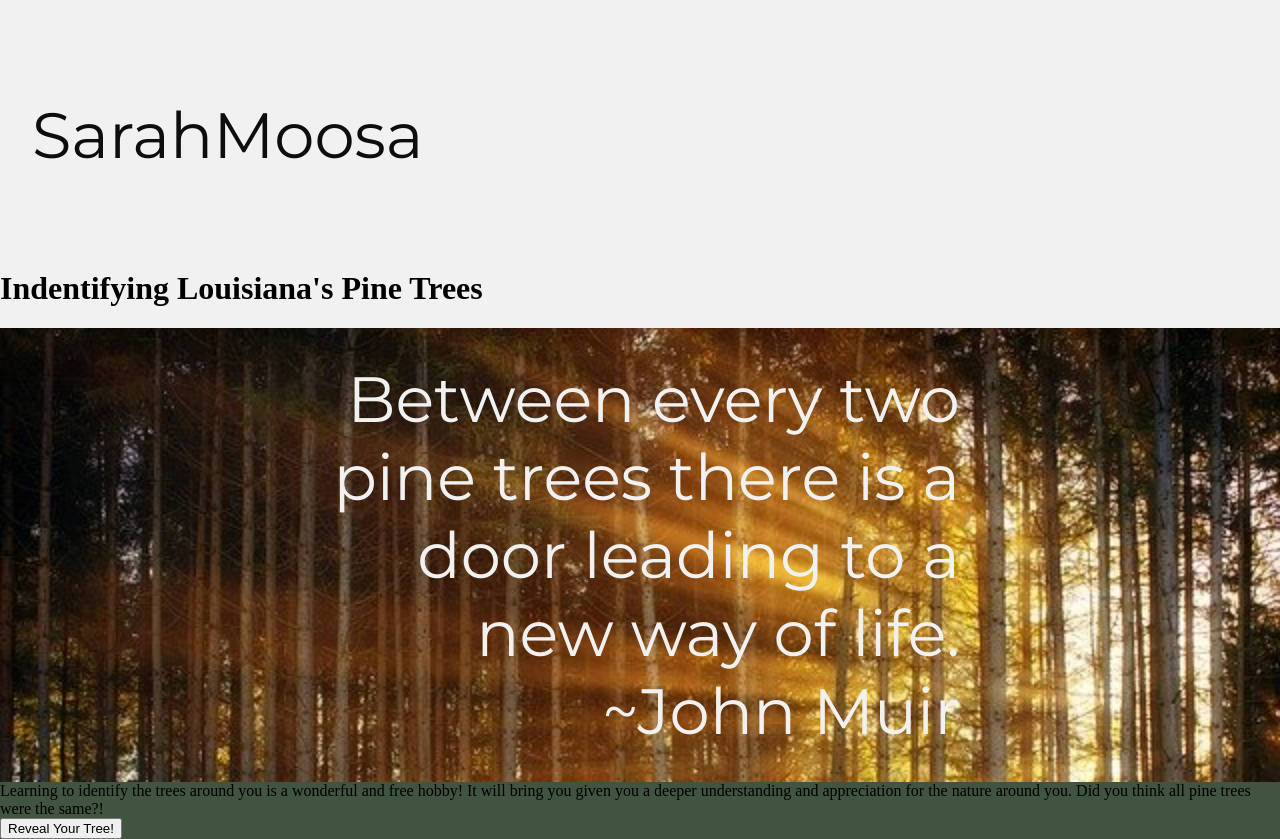
Repository: Sbethm/louisianaPineTrees
Page: pine_main.html
An editor plug-in stored every save of this project. The page is shown before and after the next save, followed by the edit.
The browser window is 1280 px wide. The pictures show the whole page.
The style sheet was rebuilt from its Sass, Less or Tailwind sources for each picture, by a compiler version that may differ from the author's.

Above is the page before, as saved 2021-09-16 11:42:16.

### pine_main.html
<!DOCTYPE html>
<html lang="en">
<head>
    <meta charset="UTF-8">
    <meta http-equiv="X-UA-Compatible" content="IE=edge">
    <meta name="viewport" content="width=device-width, initial-scale=1.0">
    <link rel="preconnect" href="https://fonts.googleapis.com">
    <link rel="preconnect" href="https://fonts.gstatic.com" crossorigin>
    <link href="https://fonts.googleapis.com/css2?family=Architects+Daughter&family=Montserrat:ital,wght@0,400;0,500;0,700;1,400;1,500;1,700&display=swap" rel="stylesheet">
    <!--
        headerFont: 'Architects Daughter', cursive;
        mainFont: 'Montserrat', sans-serif;
    -->
    <link rel="stylesheet" href="./CSS/main.css">
    <title>Louisiana Pine Trees</title>
</head>
<body>
    <header>
        <p>SarahMoosa</p>
    </header>
    <main>
        <h1>Indentifying Louisiana's Pine Trees</h1>
        <div class="intro-container container">
            <p class="float-right quote">Between every two pine trees there is a door leading to a new way of life. ~John Muir</p>
        </div>
        <div class="questions-container container">
            <div class="bg-image call-to-action">Learning to identify the trees around you is a wonderful and free hobby! It will bring you given you a deeper understanding and appreciation for the nature around you. Did you think all pine trees were the same?!</div>
            <section class="question-block">
                <div class="question"></div>
            </section>
            <section class="question-block">
                <div class="question"></div>
            </section>
            <section class="question-block">
                <div class="question"></div>
            </section>
            <section class="question-block">
                <div class="question"></div>
            </section>
            <section class="question-block">
                <div class="question"></div>
            </section>
            <div class="results-btn btn">
                <button>Reveal Your Tree!</button>
            </div>
            <div class="results"></div>
        </div>
    </main>
</body>

### src/scss/main.scss
@import "./variables";


//GLOBAL STYLES
body {
    margin: 0;
    background-color: #f1f1f1;
}

h1
h2 {
    font-family: $headerFont;
}

p {
    font-family: $mainFont;
    font-size: clamp(1rem, 5vw, 4rem);
    color: $acColorDr;
    padding: 2rem;
}

.container {
    background-color: $mainColor;
}

.intro-container {
    background-image: url(../img/forest-pine.jpg);
    background-repeat: no-repeat;
    background-size: cover;
}

.quote {
    margin: 0 auto;
    width: 50%;
    text-align: right;
    color: #f1f1f1;
}
//This code was used to cause grid items to over lap. It worked very well, but I think it is unnecessary and bulkier code than I need for the result that I want.
// .intro-container {
//     display: grid;
//     grid-template-columns: 50% 50%;
//     grid-auto-rows: 100%;

//     & img {
//         grid-column: 1/3;
//         grid-row: 1;
//         display: inline;
//         max-width: 100%;
//         z-index: 1;
//     }

//     & .quote {
//         grid-column: 2/3;
//         grid-row: 1;
//         align-self: center;
//         z-index: 9;
//     }
// }

### src/scss/_variables.scss
//COLORS
$mainColor: hsl(120, 12%, 29%);
$acColorLi: hsl(0, 0%, 29%);
$acColorDr: hsl(0, 0%, 5%);

//FONTS
$headerFont: 'Architects Daughter', cursive;
$mainFont: 'Montserrat', sans-serif;

After the next save:
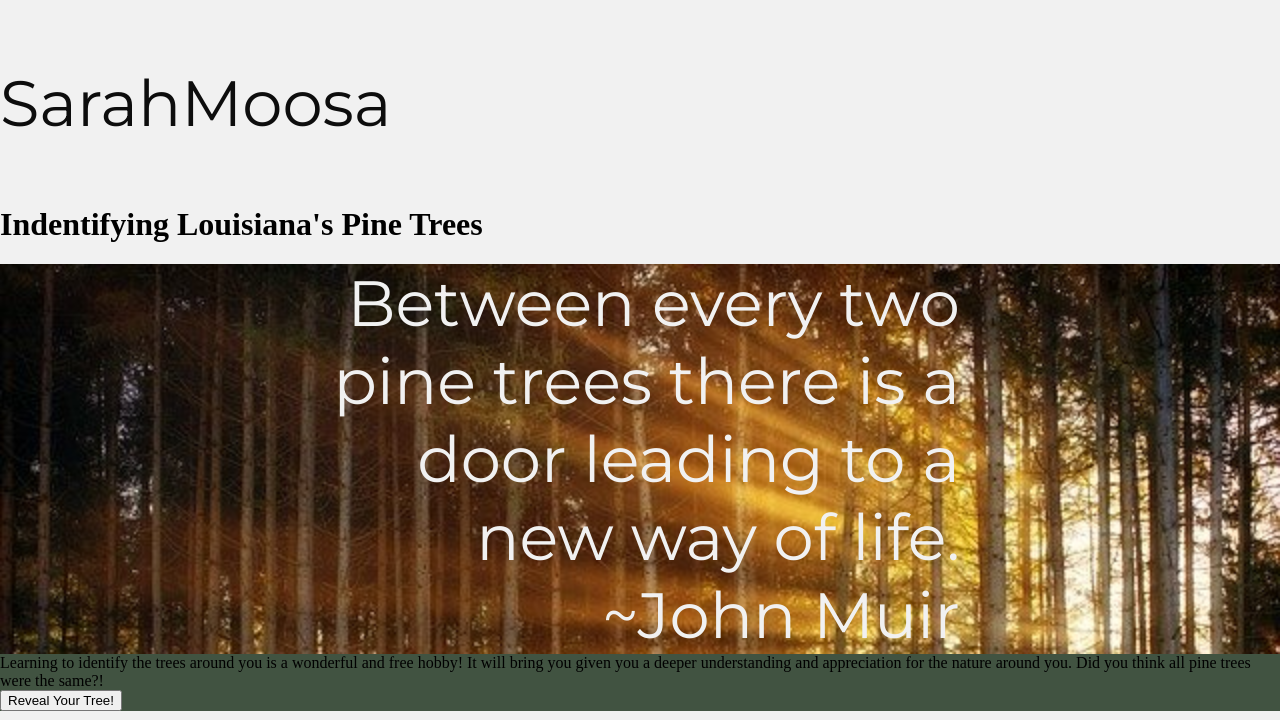
Saved 76 s later.
--- a/src/scss/main.scss
+++ b/src/scss/main.scss
@@ -16,7 +16,7 @@
     font-family: $mainFont;
     font-size: clamp(1rem, 5vw, 4rem);
     color: $acColorDr;
-    padding: 2rem;
+    // padding: 2rem;
 }
 
 .container {

After the save that followed:
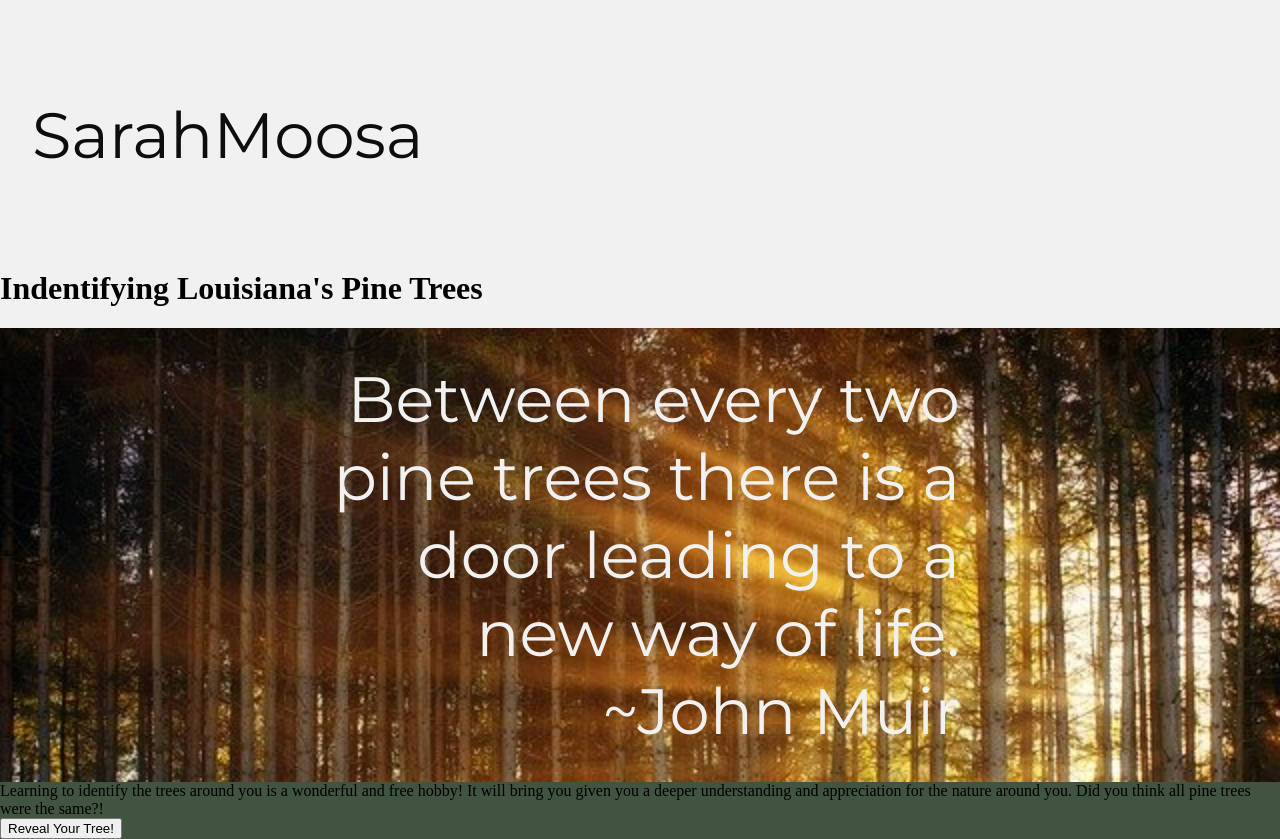
Saved 27 s later.
--- a/src/scss/main.scss
+++ b/src/scss/main.scss
@@ -16,7 +16,7 @@
     font-family: $mainFont;
     font-size: clamp(1rem, 5vw, 4rem);
     color: $acColorDr;
-    // padding: 2rem;
+    padding: 2rem;
 }
 
 .container {
